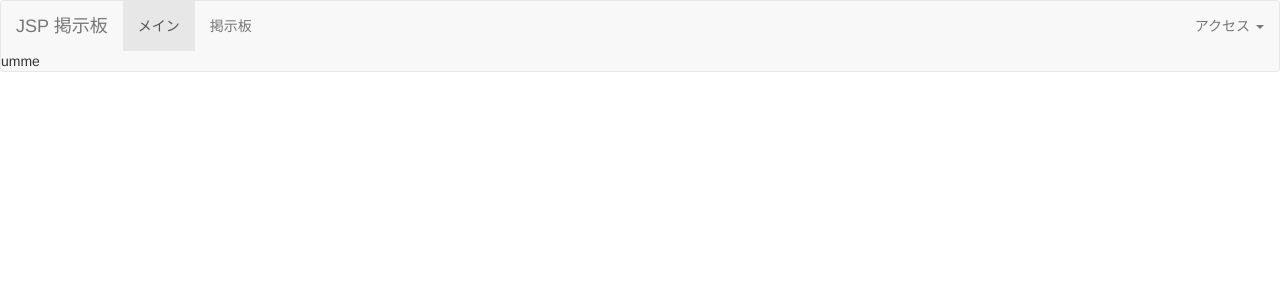
Repository: dengpu/JSP
Page: http://localhost/BBS/main.jsp
The author's editor kept a copy of each file at every save. The page is drawn from the files as they stood at one save, then again after the next save.
The browser window is 1280 px wide. The pictures show the whole page.
Some web libraries are served in a nearby version. The page is served by Tomcat 9. Other server files are loaded and not shown.

Above is the page before, as saved 2017-05-15 06:46:54.

### BBS/WebContent/main.jsp
<%@ page language="java" contentType="text/html; charset=UTF-8"
	pageEncoding="UTF-8"%>
<!DOCTYPE html>
<html>
<head>
<meta http-equiv="Content-Type" content="text/html; charset=UTF-8">
<meta name="viewport" content="width=device-width, initial-scale=1">
<link rel="stylesheet" href="css/bootstrap.css">
<title>JSP 掲示板</title>
</head>
<body>
<%
	String ID = null;
if(session.getAttribute("ID") != null){
	ID = (String) session.getAttribute("ID");
}
%>


	<nav class="navbar navbar-default">
		<div class="navbar-header">
			<button type=button class="navbar-toggle collapsed"
				data-toggle="collapse" data-target="#bs-example-navbar-collapse-1"
				aria-expanded="false">
				<span class="icon-bar"></span> <span class="icon-bar"></span> <span
					class="icon-bar"></span>

			</button>
			<a class="navbar-brand" href="main.jsp">JSP 掲示板</a>
		</div>
		<div class="collapse navbar-collapse"
			id="bs-example-navbar-collapse-1">
			<ul class="nav navbar-nav ">
				<li class="active"><a href="main.jsp">メイン</a></li>
				<li><a href="bbs.jsp">掲示板</a></li>
			</ul>

			<ul class="nav navbar-nav navbar-right">
				<li class="dropdown"><a href="#" class="dropdown-toggle"
					data-toggle="dropdown" role="button" aria-haspopup="true"
					aria-expanded="false">アクセス <span class="caret"></span>

				</a>
					<ul class="dropdown-menu">
						<li><a href="login.jsp">ログイン</a></li>
						<li><a href="join.jsp">会員登録</a></li>

					</ul></li>
			</ul>
		</div>
		<div algin="center">
		umme
		</div>


	</nav>

	<script src="https://code.jquery.com/jquery-3.1.1.min.js"></script>
	<script src="js/bootstrap.js"></script>

</body>
</html>

Loaded but not shown: BBS/WebContent/css/bootstrap.css (library); BBS/WebContent/js/bootstrap.js (library)

After the next save:
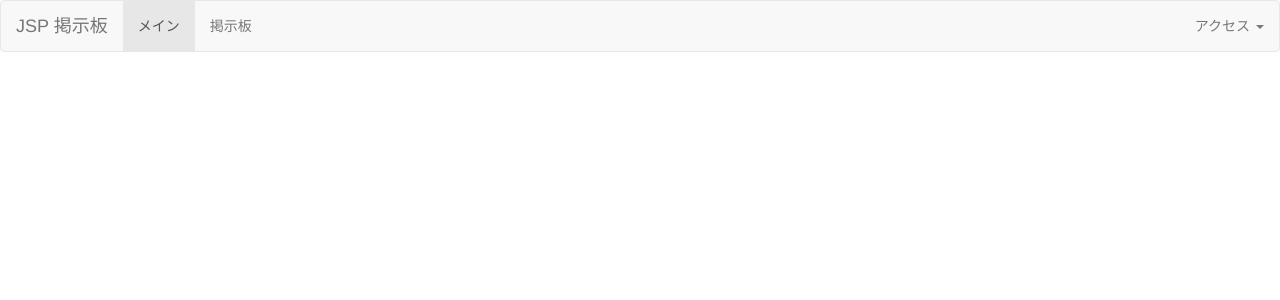
Saved 58 s later.
--- a/BBS/WebContent/main.jsp
+++ b/BBS/WebContent/main.jsp
@@ -48,9 +48,7 @@
 					</ul></li>
 			</ul>
 		</div>
-		<div algin="center">
-		umme
-		</div>
+
 
 
 	</nav>
